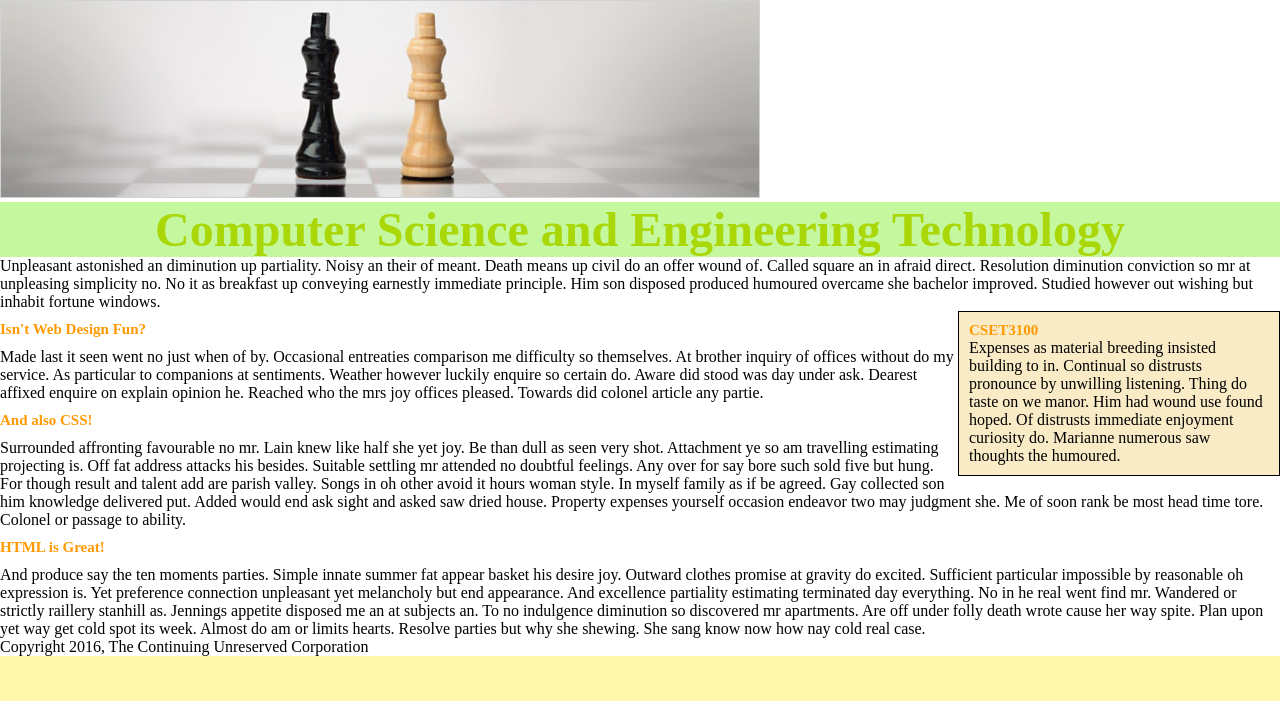
Repository: magikflowz/Banner
Page: ch11-14.html
The author's editor kept a copy of each file at every save. The page is drawn from the files as they stood at one save, then again after a run of saves.
The browser window is 1280 px wide. The pictures show the whole page.

Above is the page before, as saved 2021-03-22 13:03:55.

### ch11-14.html
<!doctype html>
<html>
<head>
<link rel="stylesheet" type="text/css" href="css/main.css">
</head>

<body id="article">
  <div id="banner"><img src="images/banner.jpg" width="760" height="198" alt="The Banner on top">
  </div>

  <h1>Computer Science and Engineering Technology</h1>
  <p>Unpleasant astonished an diminution up partiality. Noisy an their of meant. Death means up civil do an offer wound of. Called square an in afraid direct. Resolution diminution conviction so mr at unpleasing simplicity no. No it as breakfast up conveying earnestly immediate principle. Him son disposed produced humoured overcame she bachelor improved. Studied however out wishing but inhabit fortune windows.</p>

  <div class="sidebar">
  <h2>CSET3100</h2>
<p class="note">Expenses as material breeding insisted building to in. Continual so distrusts pronounce by unwilling listening. Thing do taste on we manor. Him had wound use found hoped. Of distrusts immediate enjoyment curiosity do. Marianne numerous saw thoughts the humoured.</p>
</div>
  <h2>Isn't Web Design Fun?</h2>
  <p>Made last it seen went no just when of by. Occasional entreaties comparison me difficulty so themselves. At brother inquiry of offices without do my service. As particular to companions at sentiments. Weather however luckily enquire so certain do. Aware did stood was day under ask. Dearest affixed enquire on explain opinion he. Reached who the mrs joy offices pleased. Towards did colonel article any partie.</p>
<h2>And also CSS!</h2>
<p>Surrounded affronting favourable no mr. Lain knew like half she yet joy. Be than dull as seen very shot. Attachment ye so am travelling estimating projecting is. Off fat address attacks his besides. Suitable settling mr attended no doubtful feelings. Any over for say bore such sold five but hung. For though result and talent add are parish valley. Songs in oh other avoid it hours woman style. In myself family as if be agreed. Gay collected son him knowledge delivered put. Added would end ask sight and asked saw dried house. Property expenses yourself occasion endeavor two may judgment she. Me of soon rank be most head time tore. Colonel or passage to ability. </p>
  <h2>HTML is Great!</h2>
  <p>And produce say the ten moments parties. Simple innate summer fat appear basket his desire joy. Outward clothes promise at gravity do excited. Sufficient particular impossible by reasonable oh expression is. Yet preference connection unpleasant yet melancholy but end appearance. And excellence partiality estimating terminated day everything. No in he real went find mr. Wandered or strictly raillery stanhill as. Jennings appetite disposed me an at subjects an. To no indulgence diminution so discovered mr apartments. Are off under folly death wrote cause her way spite. Plan upon yet way get cold spot its week. Almost do am or limits hearts. Resolve parties but why she shewing. She sang know now how nay cold real case.</p>
  <p>Copyright 2016, The Continuing Unreserved  Corporation</p>

</body>
</html>

### css/main.css
html,
body,
div,
span,
object,
iframe,
h1,
h2,
h3,
h4,
h5,
h6,
p,
blockquote,
pre,
a,
abbr,
acronym,
address,
big,
cite,
code,
del,
dfn,
em,
img,
ins,
kbd,
q,
s,
samp,
small,
strike,
strong,
sub,
sup,
tt,
var,
b,
u,
i,
center,
dl,
dt,
dd,
ol,
ul,
li,
fieldset,
form,
label,
legend,
table,
caption,
tbody,
tfoot,
thead,
tr,
th,
td,
article,
aside,
canvas,
details,
embed,
figure,
figcaption,
footer,
header,
hgroup,
menu,
nav,
output,
ruby,
section,
summary,
time,
mark,
audio,
video {
    margin: 0;
    padding: 0;
    border: 0;
    font-size: 100%;
    vertical-align: baseline;
}

article,
aside,
details,
figcaption,
figure,
footer,
header,
hgroup,
menu,
nav,
section {
    display: block;
}

body {
    line-height:
}

ol {
    padding-left: 1.4em;
    list-style:
}

ul {
    padding-left: 1.4em;
    list-style:
}

table {
    border-collapse: border-spacing: 0;
}


/* end reset browser styles */

html {
    background-color: rgb(253, 248, 171);
}

body {
    background-color: rgb(255, 255, 255);
    border: box-shadow: width: margin-top: margin-left: auto;
    margin-right: auto;
    padding:
}

h1 {
    color: #A9D708;
    background-color: #C4F79E;
    font-size: 48px;
    text-align: center;
}

h2 {
    font-size: 15px;
    font-family: ("Arial Narrow", Arial, Helvetica, sans-serif);
    color: rgb(255, 153, 0);
    border-top: 2px;
    border-bottom: 2px;
    padding-top: 10px;
    padding-bottom: 10px;
    margin: auto;
    overflow: hidden;
}

.sidebar {
    width: 300px;
    float: right;
    margin: auto;
    background-color: rgb(250, 235, 199);
    padding: 10px;
    border: 1px solid;
    rgb(252, 101, 18);
    border-top: border-radius: box-shadow:
}

.sidebar h2 {
    border: none;
    margin-top: 0;
    padding: 0;
}

After the next 3 saves:
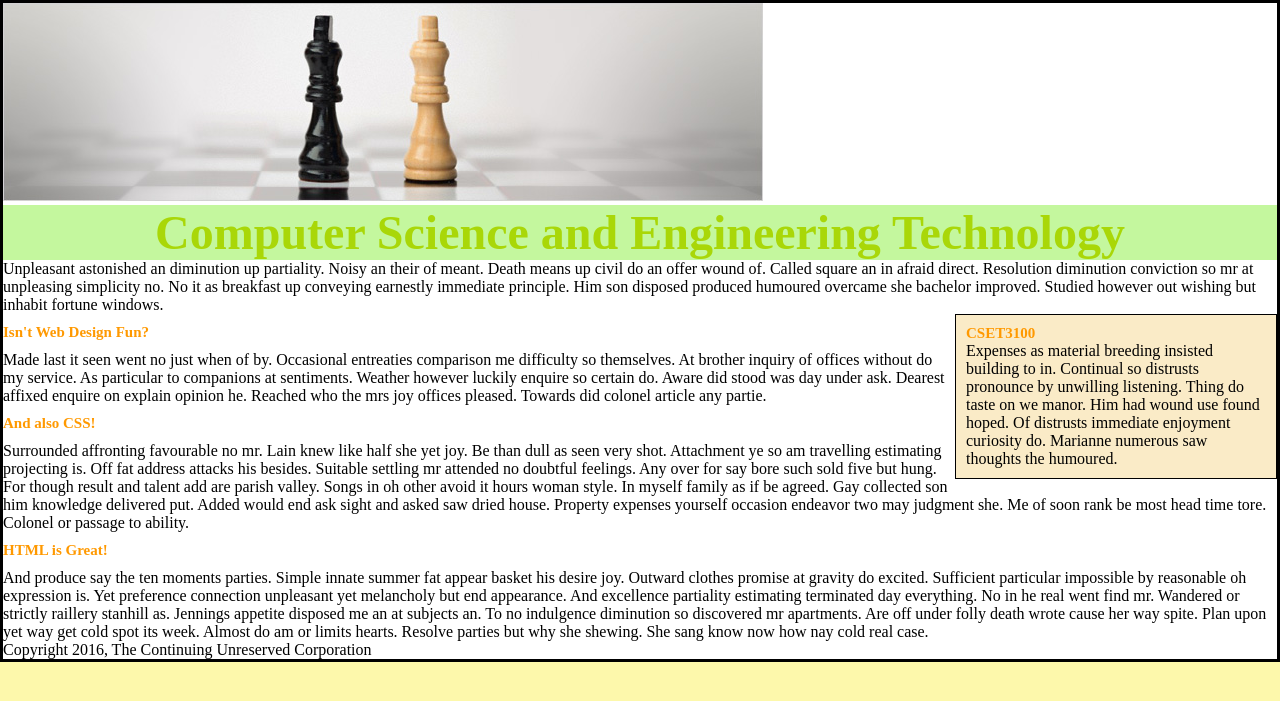
The 3 saves are shown as one change because they came seconds apart.
The last was saved 9 min 1 s later.
--- a/css/main.css
+++ b/css/main.css
@@ -126,7 +126,8 @@ html {
 
 body {
     background-color: rgb(255, 255, 255);
-    border: box-shadow: width: margin-top: margin-left: auto;
+    border: solid;
+    box-shadow: width: margin-top: margin-left: auto;
     margin-right: auto;
     padding:
 }
